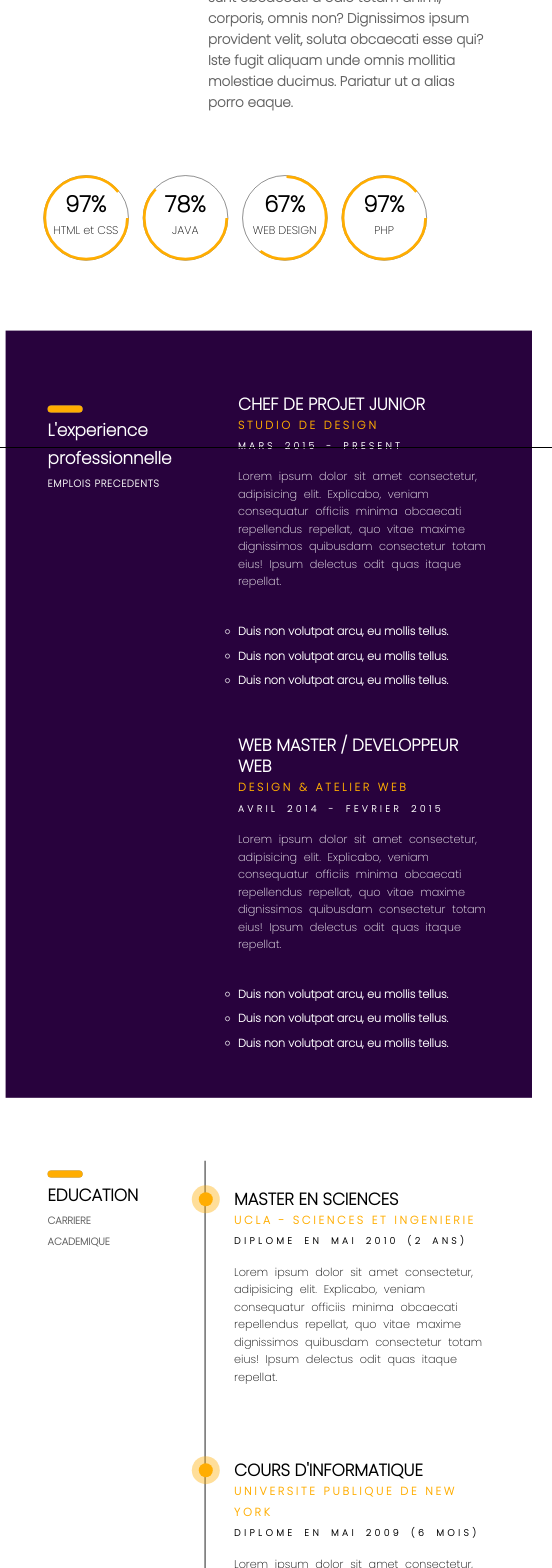
Repository: wadelfadill/CV_PORTFOLIO
Page: index.html
The author's editor kept a copy of each file at every save. The page is drawn from the files as they stood at one save, then again after the next save.
The browser window is 768 px wide. The page is 789 px wide, so the pictures cover 789 px, including what lies to the right of the window. The pictures show the part of the page from y = 2266 to 4506 px (the page is 5700 px tall before and 5842 px after), at 70% of full size.
Some icons come from a web library that is not loaded, so they are not drawn. Backgrounds fixed to the window are drawn as part of the page.

Above is the page before, as saved 2023-03-16 20:21:08.

After the next save:
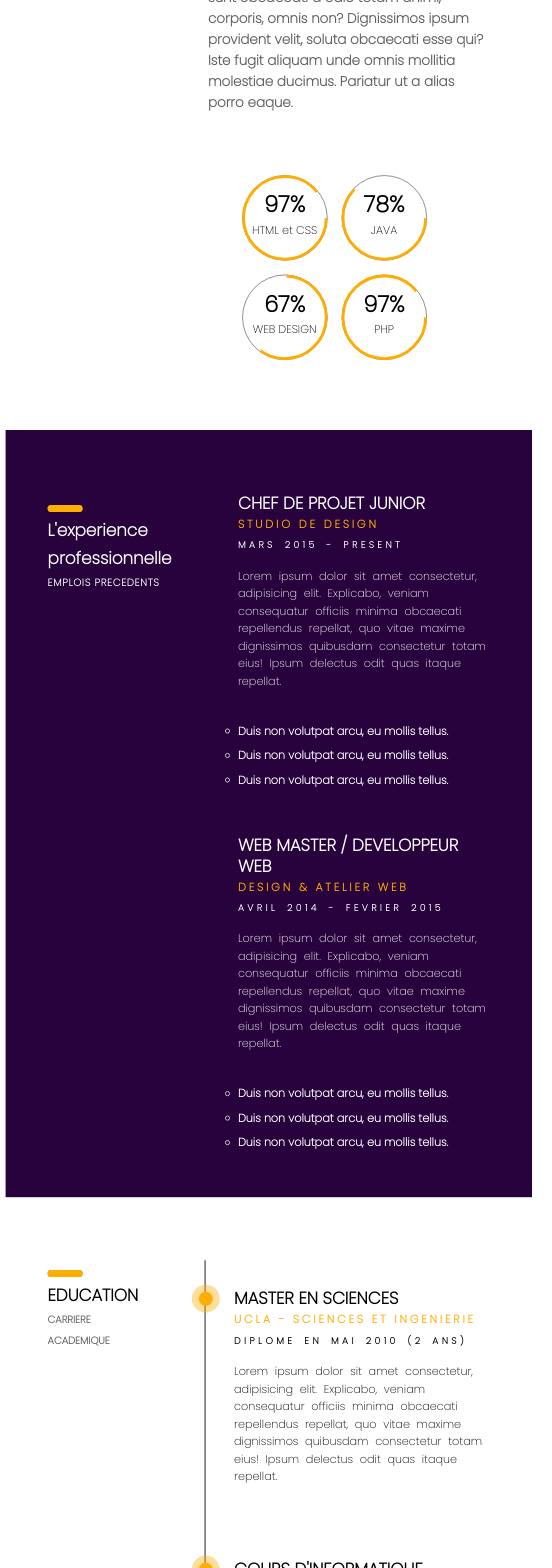
Saved 12 h 59 min later.
--- a/style.css
+++ b/style.css
@@ -636,4 +636,9 @@ footer{
         grid-template-rows: auto auto;
         height: auto;
     }
-}
+    .competence-level{
+        display: grid;
+        grid-template-columns: auto auto;
+
+    }
+}
